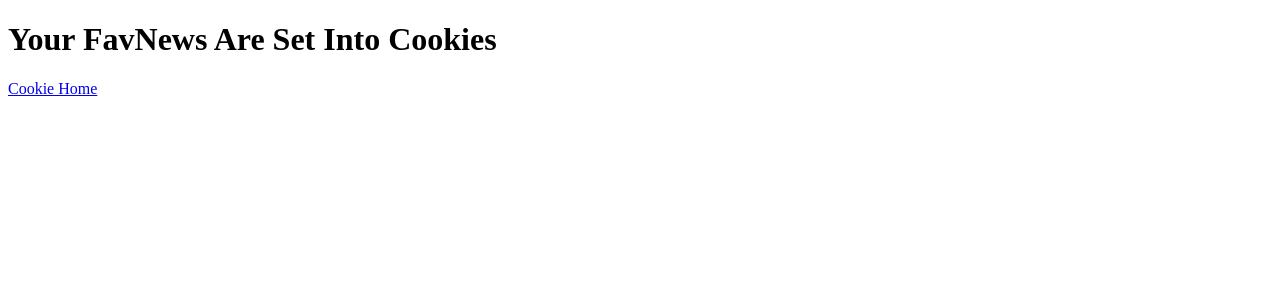
Repository: ZawMinKhantOrLeon/JavaEEWS
Page: http://localhost/jsp_servlet/cookie-data.jsp
These files come from the project's save history. The page is drawn as it stood at one moment and after a run of saves; the edit follows.
The browser window is 1280 px wide. The pictures show the whole page.
The page is served by Tomcat 10.

Above is the page before, as saved 2024-02-20 09:15:53.

After the next 2 saves:
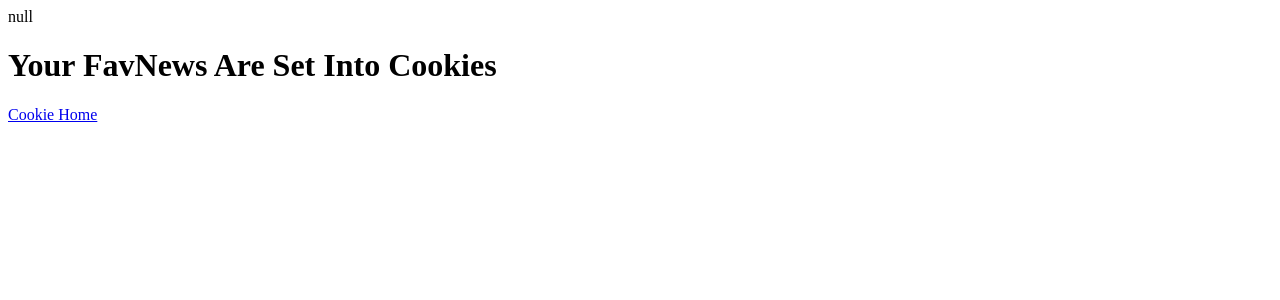
The 2 saves are shown as one change because they came seconds apart.
The last was saved 106 s later.
--- a/jsp_servlet/src/main/webapp/cookie-data.jsp
+++ b/jsp_servlet/src/main/webapp/cookie-data.jsp
@@ -9,6 +9,7 @@
 <body>
 	<%
 	String favNews = request.getParameter("favNews");
+	out.print(favNews);
 	Cookie cookie = new Cookie("jsp_servlet.favNews",favNews);
 	cookie.setMaxAge(60);
 
